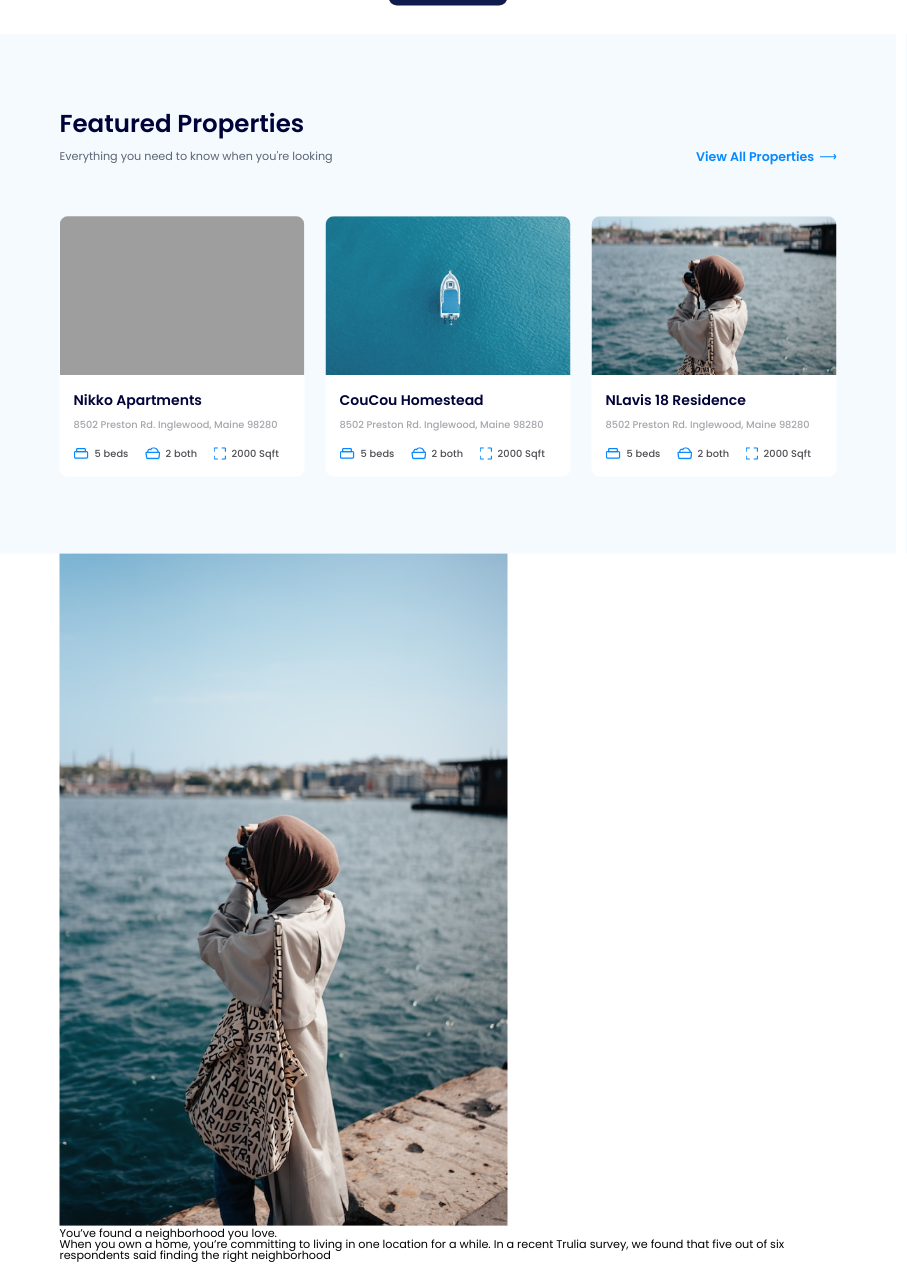
Repository: Kazuto-2004/f8-htmlcss-01
Page: index.html
An editor plug-in stored every save of this project. The page is shown before and after the next save, followed by the edit.
The browser window is 1280 px wide. The page is 1295 px wide, so the pictures cover 1295 px, including what lies to the right of the window. The pictures show the part of the page from y = 1647 to 3527 px (the page is 3452 px tall before and 3527 px after), at 70% of full size.
Pictures or frames that could not be fetched are drawn as grey boxes.

Above is the page before, as saved 2023-07-11 14:27:19.

### index.html
<!DOCTYPE html>
<html lang="en">
    <head>
        <meta charset="UTF-8" />
        <meta name="viewport" content="width=device-width, initial-scale=1.0" />
        <title>F8 Project01</title>
        <link rel="stylesheet" href="./assets/css/reset.css" />
        <!-- Embed fonts -->
        <link rel="preconnect" href="https://fonts.googleapis.com" />
        <link rel="preconnect" href="https://fonts.gstatic.com" crossorigin />
        <link
            href="https://fonts.googleapis.com/css2?family=Lato:wght@700&display=swap"
            rel="stylesheet" />
        <link rel="stylesheet" href="./assets/fonts/stylesheet.css" />
        <!-- <style> style</style> -->
        <link rel="stylesheet" href="assets/css/styles.css" />
    </head>
    <body>
        <main style="height: 1000px">
            <!-- Header -->
            <header class="header">
                <div class="content">
                    <nav class="navbar">
                        <!-- Logo -->
                        <img src="./assets/img/Logo.svg" alt="Besnik." />
                        <!-- Navigation -->
                        <ul>
                            <li>
                                <a href="#!">Home</a>
                            </li>
                            <li>
                                <a href="#!">Features</a>
                            </li>
                            <li>
                                <a href="#!">Services</a>
                            </li>
                            <li>
                                <a href="#!">Resources</a>
                            </li>
                            <li>
                                <a href="#!">Contact</a>
                            </li>
                        </ul>
                        <!-- Action -->
                        <div class="action">
                            <a href="#!" class="action-link">Sign in</a>
                            <a href="#!" class="btn action-btn">Sign up</a>
                        </div>
                    </nav>
                    <div class="hero">
                        <div class="info">
                            <p class="sub-title">Welcome to Besnik Agency</p>
                            <h1 class="title">
                                Discover a place you'll love to live.
                            </h1>
                            <p class="desc">
                                Get the best real estate deals first, before
                                they hit the mass market! HOT FORECLOSURE DEALS
                                with one simple search.
                            </p>
                            <!-- call to action -->
                            <a href="#!" class="btn hero-cta">More About Us</a>
                        </div>

                        <img
                            src="./assets/img/hero-img.svg"
                            alt="Discover a place you'll love to live."
                            class="hero-img" />
                    </div>
                </div>
            </header>

            <!-- clients -->
            <div class="clients">
                <div class="content">
                    <div class="row">
                        <!-- logo -->
                        <img src="./assets/img/Logo.svg" alt="Besnik." />

                        <!-- star -->
                        <div class="star">
                            <img src="./assets/img/Star.svg" alt="" />
                        </div>
                    </div>
                    <div class="row row-desc">
                        <p class="desc">
                            More than 45,000+ companies trust besnik
                        </p>
                        <p class="desc">5 Star Ratings (2k+ Review)</p>
                    </div>
                    <div class="image">
                        <img src="./assets/img/meundies.svg" alt="me undies" />
                        <img src="./assets/img/slack.svg" alt="slack" />
                        <img src="./assets/img/amazon.svg" alt="amazon" />
                        <img
                            src="./assets/img/woocommerce.svg"
                            alt="woo commerce" />
                        <img src="./assets/img/sitepoint.svg" alt="sitepoint" />
                    </div>
                </div>
            </div>

            <!-- Guides -->
            <div class="guides">
                <div class="content">
                    <h2 class="sub-title">How its works?</h2>
                    <p class="desc">
                        Everything you need to know when you're looking to buy,
                        rent, or sell - all in one place.
                    </p>

                    <!--  list guide -->
                    <ul class="list-guide">
                        <li class="guide-item">
                            <img
                                src="./assets/img/Buyer.svg"
                                alt="Buyer"
                                class="icon" />
                            <h3 class="title">Buyer Guides</h3>
                            <a href="#!" class="link">
                                <span>how to by</span>
                                <img
                                    src="./assets/img/arow-right.svg"
                                    alt="arrow-right"
                                    class="arrow" />
                            </a>
                        </li>
                        <li class="guide-item">
                            <img
                                src="./assets/img/renter.svg"
                                alt="renter"
                                class="icon" />
                            <h3 class="title">Renter Guides</h3>
                            <a href="#!" class="link">
                                <span>how to Rent</span>
                                <img
                                    src="./assets/img/arow-right.svg"
                                    alt="arrow-right"
                                    class="arrow" />
                            </a>
                        </li>
                        <li class="guide-item">
                            <img
                                src="./assets/img/seller.svg"
                                alt="sellert"
                                class="icon" />
                            <h3 class="title">Seller Guides</h3>
                            <a href="#!" class="link">
                                <span>how to seller</span>
                                <img
                                    src="./assets/img/arow-right.svg"
                                    alt="arrow-right"
                                    class="arrow" />
                            </a>
                        </li>
                    </ul>

                    <div class="guide-cta">
                        <a href="#!" class="btn">Sell Full Guidelines</a>
                    </div>
                </div>
            </div>

            <!-- Featured -->
            <div class="featured">
                <div class="content">
                    <header>
                        <h2 class="sub-title">Featured Properties</h2>
                        <div class="row">
                            <p class="desc">
                                Everything you need to know when you're looking
                            </p>
                            <a href="#!" class="link"
                                ><span>View All Properties</span
                                ><img
                                    src="./assets/img/arow-right.svg"
                                    alt="arrow"
                                    class="arrow"
                            /></a>
                        </div>
                    </header>

                    <div class="list">
                        <!-- Featured 1 -->
                        <div class="item">
                            <a href="#!">
                                <img
                                    src="./assets/img/featured1.jpg"
                                    alt="Nikko Apartments"
                                    class="thumb" />
                            </a>
                            <div class="body">
                                <h3 class="title">
                                    <a href="#!" class="line-clamp">Nikko Apartments</a>
                                </h3>
                                <p class="desc line-clamp">
                                    8502 Preston Rd. Inglewood, Maine 98280
                                </p>
                                <div class="info">
                                    <img
                                        src="./assets/img/beds.svg"
                                        alt=""
                                        class="icon" />
                                    <span class="label">5 beds</span>

                                    <img
                                        src="./assets/img/both.svg"
                                        alt=""
                                        class="icon" />
                                    <span class="label">2 both</span>

                                    <img
                                        src="./assets/img/sqft.svg"
                                        alt=""
                                        class="icon" />
                                    <span class="label">2000 Sqft</span>
                                </div>
                            </div>
                        </div>

                        <!-- Featured 2 -->
                        <div class="item">
                            <a href="#!">
                                <img
                                    src="./assets/img/featured2.jpg"
                                    alt="CouCou Homestead"
                                    class="thumb" />
                            </a>
                            <div class="body">
                                <h3 class="title">
                                    <a href="#!" class="line-clamp">CouCou Homestead</a>
                                </h3>
                                <p class="desc line-clamp">
                                    8502 Preston Rd. Inglewood, Maine 98280
                                </p>
                                <div class="info">
                                    <img
                                        src="./assets/img/beds.svg"
                                        alt=""
                                        class="icon" />
                                    <span class="label">5 beds</span>

                                    <img
                                        src="./assets/img/both.svg"
                                        alt=""
                                        class="icon" />
                                    <span class="label">2 both</span>

                                    <img
                                        src="./assets/img/sqft.svg"
                                        alt=""
                                        class="icon" />
                                    <span class="label">2000 Sqft</span>
                                </div>
                            </div>
                        </div>

                        <!-- Featured 3 -->
                        <div class="item">
                            <a href="#!">
                                <img
                                    src="./assets/img/featured3.jpg"
                                    alt="Lavis 18 Residence"
                                    class="thumb" />
                            </a>
                            <div class="body">
                                <h3 class="title">
                                    <a href="#!" class="line-clamp">NLavis 18 Residence</a>
                                </h3>
                                <p class="desc line-clamp" >
                                    8502 Preston Rd. Inglewood, Maine 98280
                                </p>
                                <div class="info">
                                    <img
                                        src="./assets/img/beds.svg"
                                        alt=""
                                        class="icon" />
                                    <span class="label">5 beds</span>

                                    <img
                                        src="./assets/img/both.svg"
                                        alt=""
                                        class="icon" />
                                    <span class="label">2 both</span>

                                    <img
                                        src="./assets/img/sqft.svg"
                                        alt=""
                                        class="icon" />
                                    <span class="label">2000 Sqft</span>
                                </div>
                            </div>
                        </div>
                    </div>
                </div>
            </div>

            <!-- Stats -->
            <div class="stats">
                <div class="content">
                    <div class="row">
                        <div class="img-block">
                            <img src="./assets/img/starts.jpg" alt="You’ve found a neighborhood you love.">
                        </div>
                        <div class="info">
                            <h2 class="sub-title">You’ve found a neighborhood you love.</h2>
                            <p
                             class="desc">When you own a home, you’re committing to living in one location for a while. In a recent Trulia survey, we found that five out of six respondents said finding the right neighborhood
                            </p>
                        </div>
                    </div>
                </div>
            </div>
        </main>
    </body>
</html>

### assets/css/styles.css
* {
    box-sizing: border-box;
}

:root {
    --primary-color: #0f1b4c;
}
html {
    font-size: 62.5%;
}

body {
    font-size: 1.6rem;
    font-family: "Poppins", sans-serif;
}
/* Common */
a {
    text-decoration: none;
}
.content {
    width: 1110px;
    max-width: calc(100% - 48px);
    margin: auto;
}
.btn {
    display: inline-block;
    min-width: 98px;
    padding: 18px 16px;
    border-radius: 12px;
    background: var(--primary-color);
    color: #fff;
    font-size: 1.4rem;
    font-weight: 500;
    text-align: center;
}

.btn:hover {
    opacity: 0.9;
}

.line-clamp {
    display: -webkit-box;
    -webkit-line-clamp: var(--line-clamp, 2);
    -webkit-box-orient: vertical;
    overflow: hidden;
}
/* ==== Header ==== */
.header {
    background-color: #e6f0ff;
    height: 100vh;
    position: relative;
}

.navbar {
    display: flex;
    align-items: center;
    padding-top: 38px;
}

.navbar ul {
    display: flex;
    margin-left: 50px;
}

.navbar .action {
    margin-left: auto;
}

.navbar ul a {
    font-size: 1.4rem;
    font-weight: 500;
    color: #4f5361;
    padding: 8px 14px;
}

.navbar ul a:hover {
    text-decoration: underline;
}

.navbar .action-link {
    color: var(--primary-color);
    font-size: 1.4rem;
    font-weight: 500;
}

.navbar .action-btn {
    padding: 13px 16px;
    margin-left: 18px;
    border-radius: 8px;
}
/* ---hero--- */
.hero {
    margin-top: 130px;
}

.hero .info {
    width: 51%;
}

.hero .sub-title {
    color: #687690;
    font-size: 1.8rem;
    line-height: 1.5;
    letter-spacing: 0.01em;
}

.hero .title {
    margin-top: 8px;
    color: #000336;
    font-size: 6.2rem;
    font-weight: 700;
    line-height: 1.19;
}

.hero .desc {
    margin-top: 30px;
    color: #5a6473;
    font-size: 1.8rem;
    font-weight: 400;
    line-height: 1.78;
}

.hero-cta {
    min-width: 170px;
    margin-top: 40px;
}

.hero-img {
    position: absolute;
    right: calc((100vw - 1110px) / 2 - 100px);
    bottom: 0;
}

/*===== clients ======*/
.clients {
    margin-top: 79px;
    padding: 43px 64px 0px;
}

.clients .row {
    display: flex;
    justify-content: space-between;
}

.clients .desc {
    color: #7d8589;
    font-size: 1.6rem;
    font-weight: 500;
    line-height: 1.25;
}

.clients .row-desc {
    margin-top: 23px;
}

.clients .image {
    margin-top: 96px;
    display: flex;
    justify-content: space-between;
    align-items: center;
}

/*===== guides ======*/
.guides {
    margin-top: 200px;
}

.guides .sub-title {
    position: relative;
    color: #000339;
    text-align: center;
    font-size: 3.5rem;
    font-weight: 600;
    line-height: 1;
}

.guides .sub-title::before {
    position: absolute;
    top: -10px;
    left: 50%;
    transform: translate(-50%);
    content: "";
    display: inline-block;
    width: 41px;
    height: 4px;
    border-radius: 12px;
    background: #000339;
}

.guides .desc {
    width: 459px;
    max-width: 100%;
    color: #5a6473;
    text-align: center;
    font-size: 1.6rem;
    font-weight: 400;
    line-height: 1.88;
    margin: 20px auto 0;
}

.list-guide {
    margin-top: 70px;
    display: flex;
    justify-content: center;
}

.guide-item {
    margin: 0 70px;
    text-align: center;
}

.guide-item .title {
    margin-top: 26px;
    color: #3b3c45;
    font-size: 2rem;
    font-weight: 500;
    line-height: 1.1;
}

.guide-item .link {
    display: inline-block;
    color: #0689ff;
    font-size: 1.4rem;
    font-weight: 600;
    margin-top: 10px;
}

.guide-item .arrow {
    margin-left: 4px;
}

.guide-cta {
    display: flex;
    justify-content: center;
    margin-top: 50px;
}

.guide-cta .btn {
    min-width: 170px;
}

/*======== featured======= */
.featured {
    margin-top: 41px;
    background: #f5fafe;
    padding: 110px 0;
}

.featured .sub-title {
    font-size: 3.5rem;
    font-style: normal;
    font-weight: 600;
    line-height: 1;
    color: #000339;
}

.featured .row {
    display: flex;
    justify-content: space-between;
    margin-top: 15px;
}

.featured .desc {
    color: #5a6473;
    font-size: 1.6rem;
    font-weight: 400;
    line-height: 1.88;
}

.featured .link {
    display: flex;
    align-items: center;
    color: #0689ff;
    font-size: 1.8rem;
    font-weight: 600;
}

.featured .link .arrow {
    margin-left: 8px;
}

.featured .list {
    margin-top: 70px;
    gap: 30px;
    display: flex;
}

.featured .item {
    flex: 1;
    background-color: #fff;
    border-radius: 12px;
}

.featured .item .thumb {
    width: 100%;
    height: 227px;
    object-fit: cover;
    border-top-left-radius: 12px;
    border-top-right-radius: 12px;
}

.featured .item .body {
    padding: 17px 20px 24px;
}

.featured .item .title a{
    color: #000339;
    font-size: 2rem;
    font-weight: 600;
    line-height: 1.5;

}

.featured .item .desc {
    --line-clamp : 3;
    margin-top: 11px;
    color: #a3a6ab;
    font-size: 1.4rem;
    font-weight: 500;
    line-height: 1.5;
    word-wrap:break-words;
}

.featured .item .info {
    margin-top: 21px;
    display: flex;
    align-items: center;
}

.featured .item .icon {
    margin-left: 23px;
}

.featured .item .icon:first-child {
    margin-left: 0;
}
.featured .item .label {
    color: #4d4d52;
    margin-left: 8px;
    font-size: 1.4rem;
    font-weight: 500;
    letter-spacing: 0.01em;
}

Loaded but not shown: assets/css/reset.css (common file); assets/fonts/stylesheet.css (162 lines, source omitted)

After the next save:
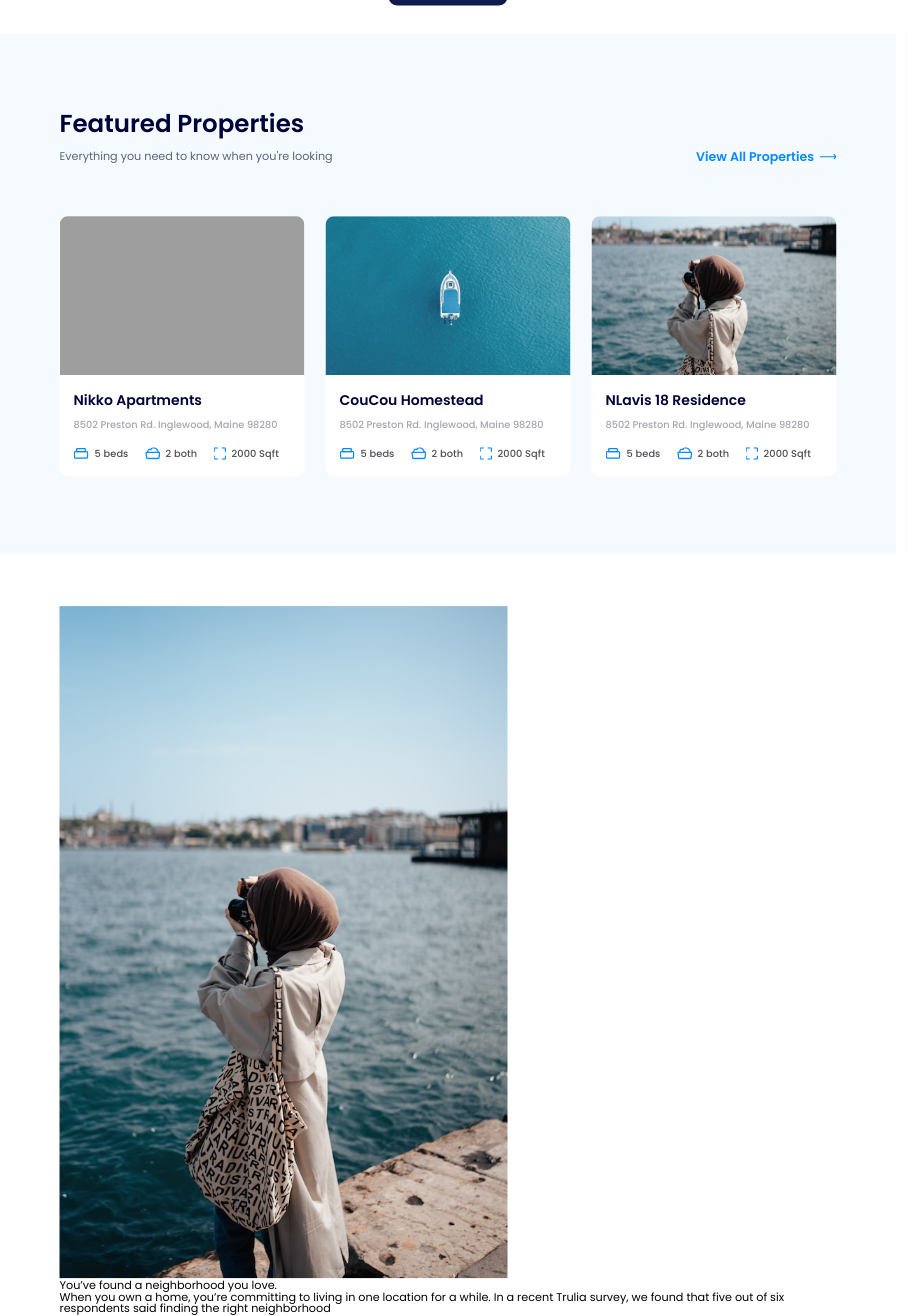
Saved 73 s later.
--- a/assets/css/styles.css
+++ b/assets/css/styles.css
@@ -341,3 +341,8 @@
     font-weight: 500;
     letter-spacing: 0.01em;
 }
+
+/*===== stats===== */
+.stats {
+    margin-top: 75px;
+}
